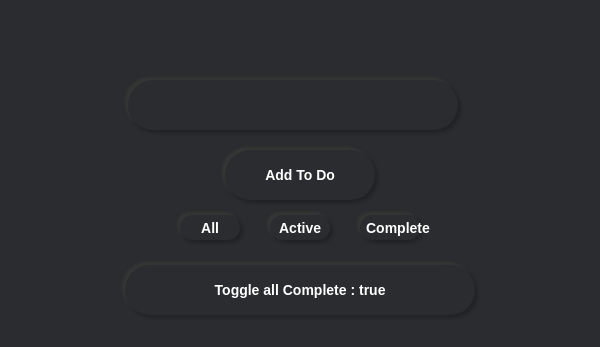
Repository: amralhawi123/To-Do-List
Page: /
An editor plug-in stored every save of this project. The page is shown before and after the next save, followed by the edit.
The browser window is 600 px wide. The pictures show the whole page.
The project was rebuilt for these pictures with package versions that can differ from the ones it lists, and the page was loaded fresh each time. Also part of the build but not shown: src/components/Todo.js.

Above is the page before, as saved 2023-07-18 00:19:04.

After the next save:
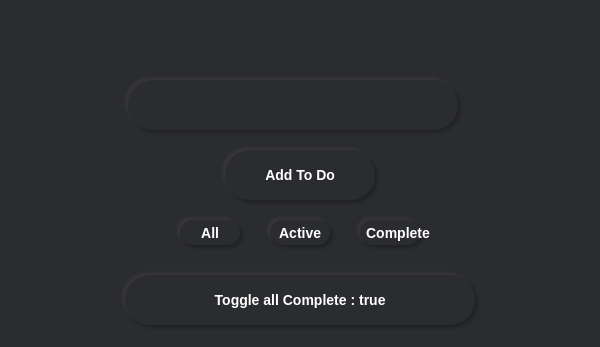
Saved 2 min 9 s later.
--- a/src/App.css
+++ b/src/App.css
@@ -84,7 +84,7 @@ body{
 
 @media (max-width:667px) {
   .update-btn{
-    margin: 15px 15px !important;
+    margin: 20px 15px !important;
     width:60px;
     height: 25px;
     border-radius: 15px;
